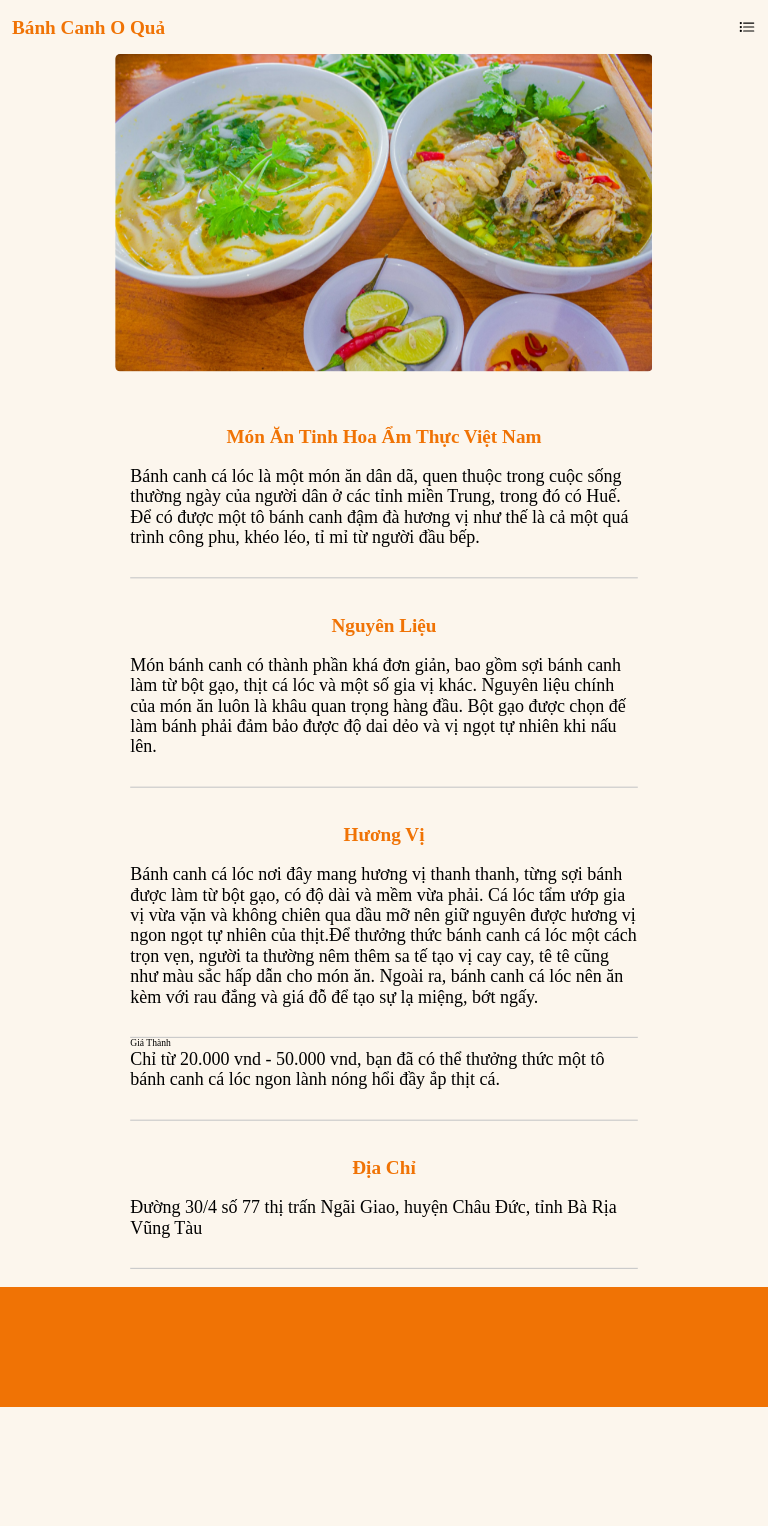
Repository: LeCongTuan2608/AmThuc
Page: public/index.html
These files come from the project's save history. The page is drawn as it stood at one moment and after the next save; the edit follows.
The browser window is 1280 px wide. The pictures show the whole page, at 60% of full size.
Some web fonts or font styles are not loaded; a fallback is used. The style sheet was rebuilt from its Sass, Less or Tailwind sources for each picture, by a compiler version that may differ from the author's.

Above is the page before, as saved 2022-04-15 12:14:43.

After the next save:
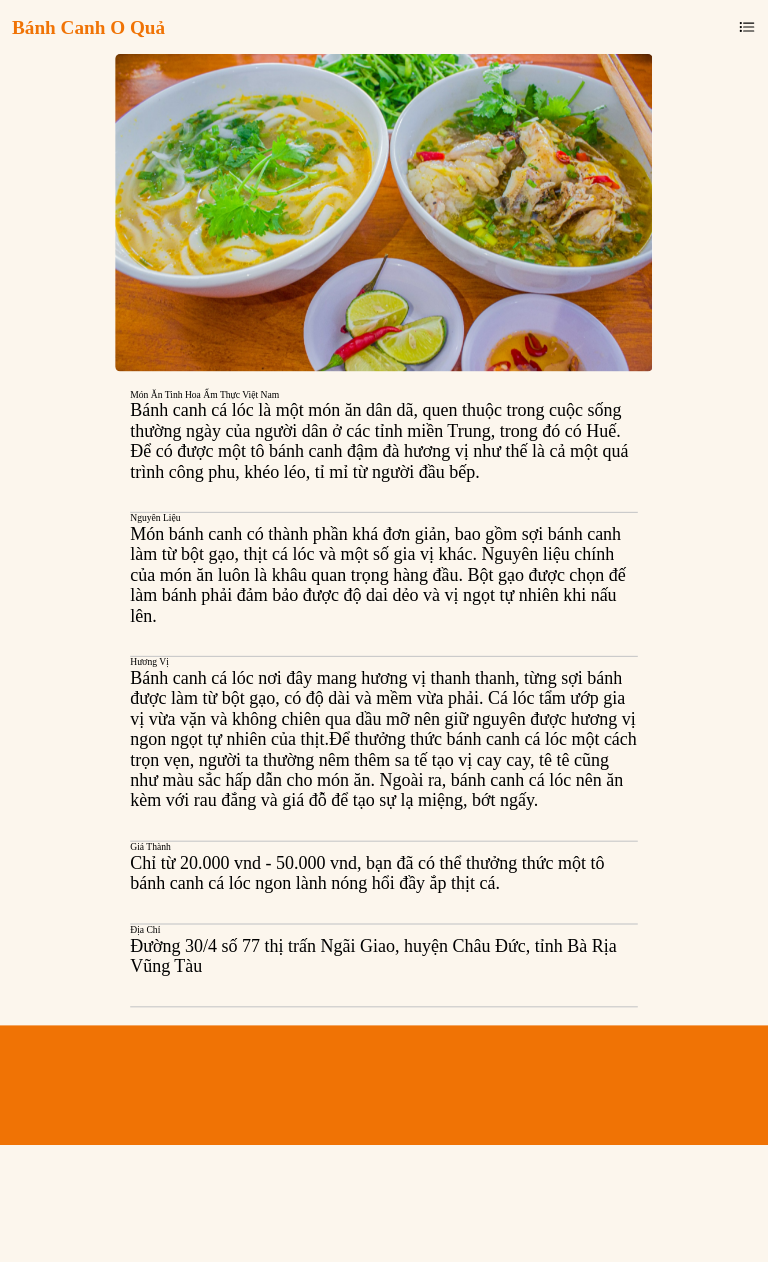
Saved 40 s later.
--- a/public/index.html
+++ b/public/index.html
@@ -32,7 +32,7 @@
             <div id="middle">
                <div id="contents">
                   <div id="story" class="posts">
-                     <h1>Món Ăn Tinh Hoa Ẩm Thực Việt Nam</h1>
+                     <span>Món Ăn Tinh Hoa Ẩm Thực Việt Nam</span>
                      <p>
                         Bánh canh cá lóc là một món ăn dân dã, quen thuộc trong cuộc sống thường ngày của người dân ở
                         các tỉnh miền Trung, trong đó có Huế. Để có được một tô bánh canh đậm đà hương vị như thế là cả
@@ -40,7 +40,7 @@
                      </p>
                   </div>
                   <div id="ingredient" class="posts">
-                     <h1>Nguyên Liệu</h1>
+                     <span>Nguyên Liệu</span>
                      <p>
                         Món bánh canh có thành phần khá đơn giản, bao gồm sợi bánh canh làm từ bột gạo, thịt cá lóc và
                         một số gia vị khác. Nguyên liệu chính của món ăn luôn là khâu quan trọng hàng đầu. Bột gạo được
@@ -48,7 +48,7 @@
                      </p>
                   </div>
                   <div id="taste" class="posts">
-                     <h1>Hương Vị</h1>
+                     <span>Hương Vị</span>
                      <p>
                         Bánh canh cá lóc nơi đây mang hương vị thanh thanh, từng sợi bánh được làm từ bột gạo, có độ dài
                         và mềm vừa phải. Cá lóc tẩm ướp gia vị vừa vặn và không chiên qua dầu mỡ nên giữ nguyên được
@@ -65,7 +65,7 @@
                      </p>
                   </div>
                   <div id="address" class="posts">
-                     <h1>Địa Chỉ</h1>
+                     <span>Địa Chỉ</span>
                      <p>Đường 30/4 số 77 thị trấn Ngãi Giao, huyện Châu Đức, tỉnh Bà Rịa Vũng Tàu</p>
                   </div>
                </div>
